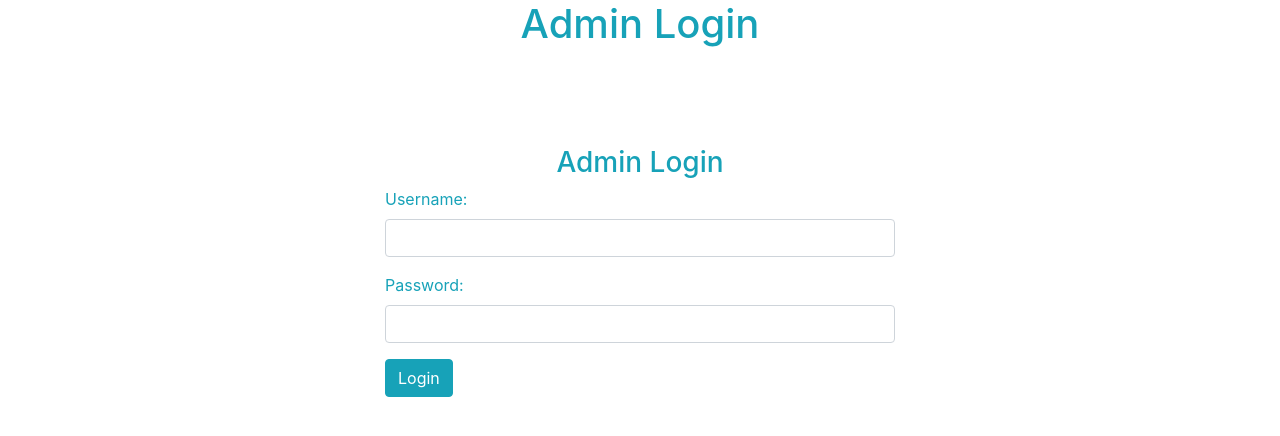
Repository: sindurup/Phase2Project
Page: http://localhost/LearnersAcademyPro/Login.jsp
The author's editor kept a copy of each file at every save. The page is drawn from the files as they stood at one save, then again after the next save.
The browser window is 1280 px wide. The pictures show the whole page.
The page is served by Tomcat 9.

Above is the page before, as saved 2021-09-28 06:35:36.

After the next save:
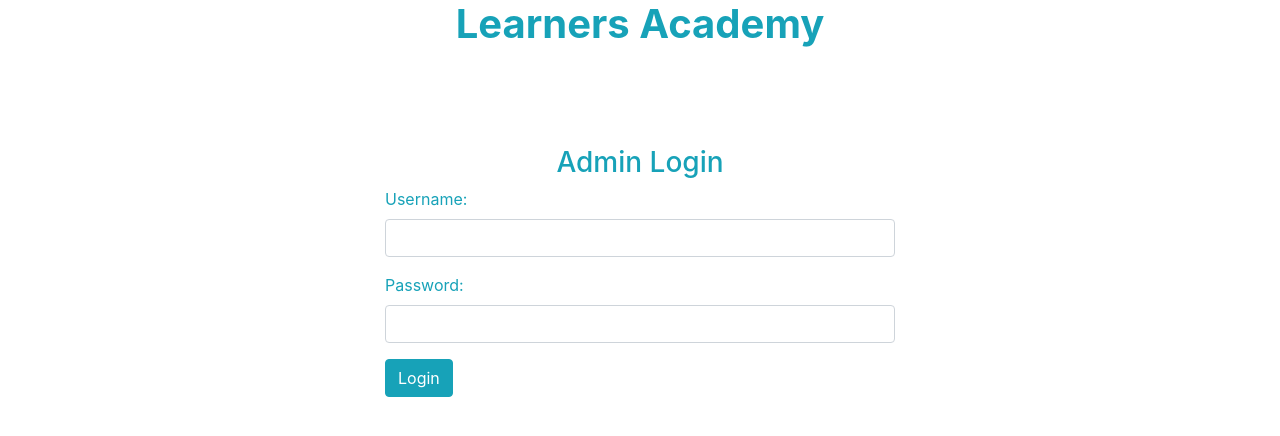
Saved 34 s later.
--- a/LearnersAcademyPro/src/main/webapp/Login.jsp
+++ b/LearnersAcademyPro/src/main/webapp/Login.jsp
@@ -52,7 +52,7 @@ function required()
 </head>
 <body>
 
- <h1 class="text-center text-info">Admin Login</h1>
+ <h1 class="text-center text-info"><b>Learners Academy</b></h1>
     <div id="login">
         <h3 class="text-center text-white pt-5">Login form</h3>
         <div class="container">
